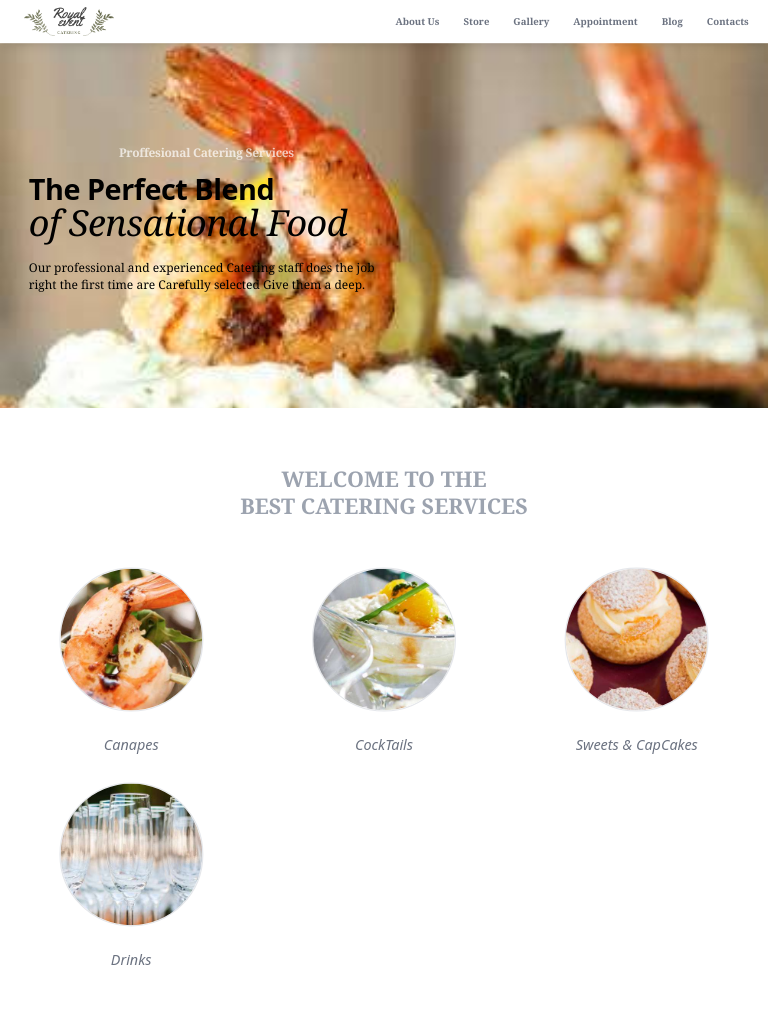
Repository: remydev47/Catering
Page: /
These files come from the project's save history. The page is drawn as it stood at one moment and after the next save; the edit follows.
The browser window is 1280 px wide. The pictures show the whole page, at 60% of full size.
The project was rebuilt for these pictures with package versions that can differ from the ones it lists, and the page was loaded fresh each time. The framework's server and built-in components were replaced by stand-ins that run in the browser. Also part of the build but not shown: next.config.js, components/Pricing.tsx, components/Services.tsx, components/Footer.tsx, components/Team.tsx, components/Testimonials.tsx, components/Faqs.tsx, components/Blog.tsx.

Above is the page before, as saved 2022-12-09 22:58:44.

After the next save:
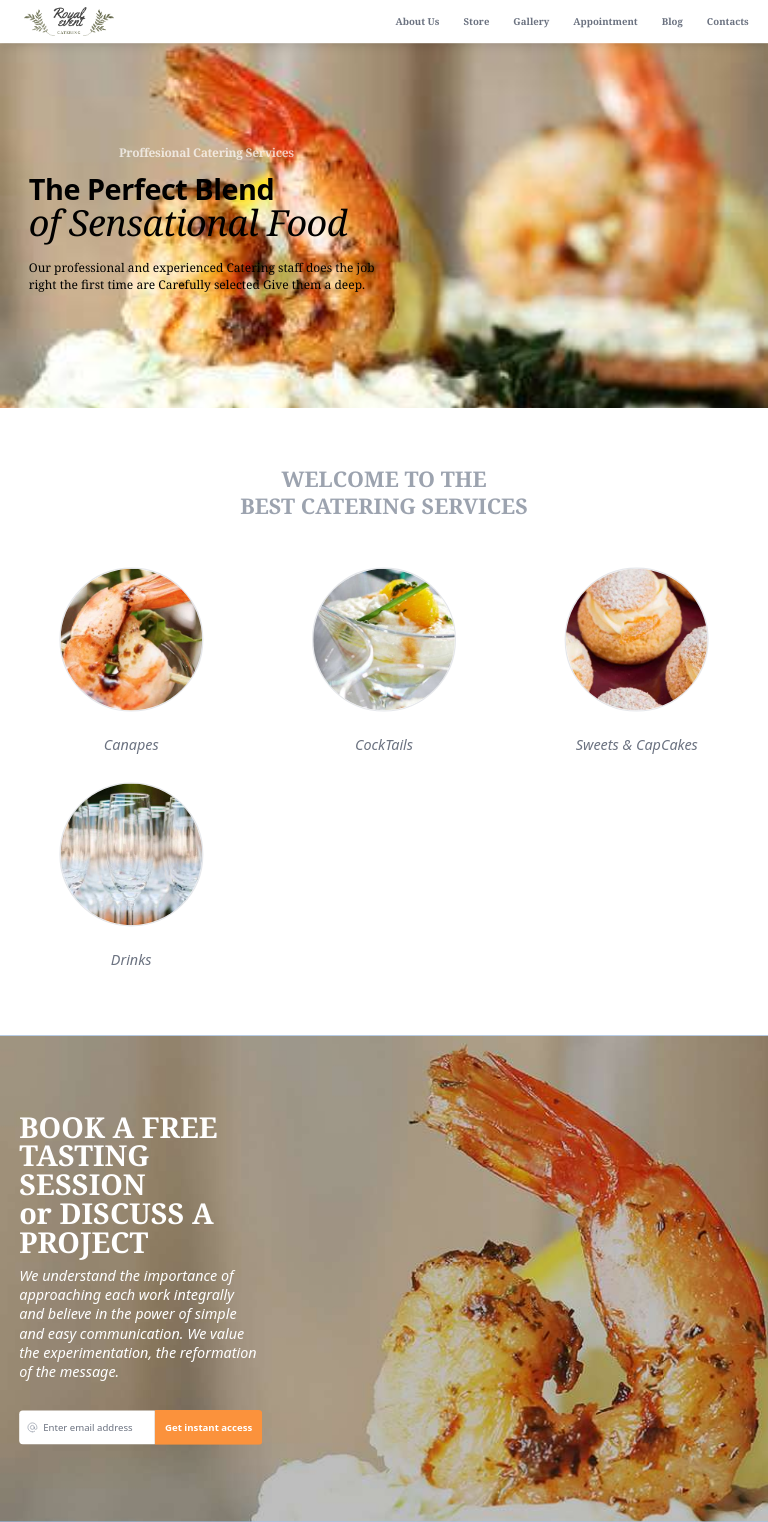
Saved 17 s later.
--- a/app/page.tsx
+++ b/app/page.tsx
@@ -1,11 +1,12 @@
 import React from 'react'
-import { Hero, Menu } from '../components'
+import { CTA, Hero, Menu } from '../components'
 
 const Home = () => {
   return (
     <div>
         <Hero />
         <Menu />
+        <CTA />
     </div>
   )
 }
